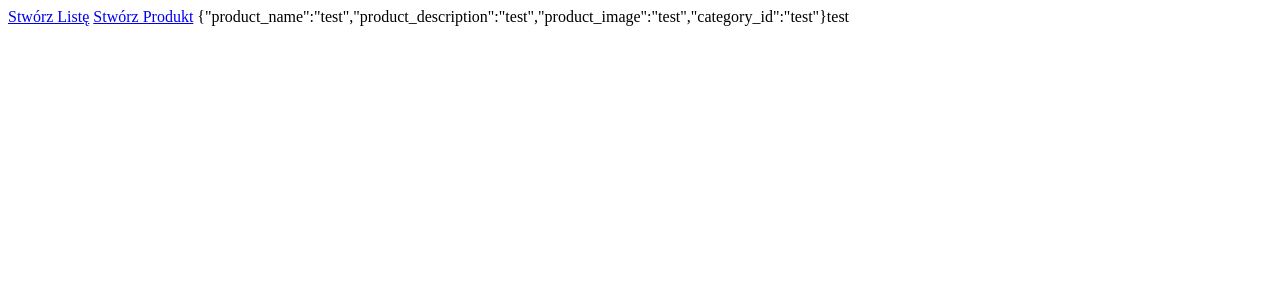
Repository: alphatra/Task-menager
Page: http://localhost/php/src/views/createProduct.php
These files come from the project's save history. The page is drawn as it stood at one moment and after the next save; the edit follows.
The browser window is 1280 px wide. The pictures show the whole page.
The page is run by PHP 8.4 with error messages shown; the project is at /var/www/html/.

Above is the page before, as saved 2023-02-05 23:12:36.

### php/src/views/createProduct.php
<!DOCTYPE html>
<html lang="en">
<head>
    <meta charset="UTF-8">
    <meta http-equiv="X-UA-Compatible" content="IE=edge">
    <meta name="viewport" content="width=device-width, initial-scale=1.0">
    <title>Document</title>
</head>
<body>
    <a href="views/createList.php">Stwórz Listę</a>
    <a href="views/createList.php">Stwórz Produkt</a>
</body>
</html>
<?php
require_once('../model/CRUD.php');
require_once('../model/product_model.php');
$db = new db();
$produkt = new productModel("test", "test", "test", "test");
echo $produkt->returnObject();
echo $db->test('test');
?>

### php/src/model/CRUD.php
<?php
class db{
    private $conn;
    public $servername;
    public $username;
    public $password;
    public $database;
    public $tablename;

    public function __construct($host="db", $database="mydb",
                                $username="root", $password="root"){
        $this->host = $host;
        $this->database = $database;
        $this->username = $username;
        $this->password = $password;

        try {
            // Tworzenie połączenia
            $this->conn = new mysqli($host, $username, $password, $database);
        } catch (Exception $e) {
            // Sprawdzanie połączenia
            die("Connection failed: " . mysqli_connect_error());

        }

        return $this->conn;
    }

    // Wyświetlanie list z bazy danych
    public function getData($tablename="list"){
        $this->tablename = $tablename;
        $query = "SELECT * FROM $this->tablename";
        $stmt = $this->conn->prepare($query);
        $stmt->execute();
        $result = $stmt->get_result();

        return json_encode($result->fetch_all(MYSQLI_ASSOC));
    }

    // Wyświetlanie list z bazy danych wraz z wyszukiwaniem
    public function searchData($tablename="", $search=""){
        $this->tablename = "list";
        $this->search = $search;
        $query = "SELECT * FROM $this->tablename WHERE name LIKE '$this->search%'";
        $result = mysqli_query($this->conn, $query);
        $result = mysqli_fetch_all($result, MYSQLI_ASSOC);

        return json_encode($result);
    }
    /*
    public function searchData($tablename="", $search=""){
        $this->tablename = "list";
        $this->search = "{$search}%";
        $query = "SELECT * FROM $this->tablename WHERE name LIKE ?";
        $stmt = $this->conn->prepare($query);
        $stmt->bind_param("s",$search);
        $stmt->execute();
        $result = $stmt->get_result();

        return json_encode($result->fetch_all(MYSQLI_ASSOC));
    }
    */

    // Dodawanie produktów do bazy danych
    public function createProduct($Data){
        $product_name = $this->product_name;
        $product_description = $this->product_description;
        $product_image = $this->product_image;
        $category_id = $this->category_id;

        $stmt = $this->conn->prepare('INSERT INTO products (product_name, product_description, product_image, category_id) VALUES (?, ?, ?, ?)');
        $stmt->bindParam(1, $product_name);
        $stmt->bindParam(2, $product_description);
        $stmt->bindParam(3, $product_image);
        $stmt->bindParam(4, $category_id);
        if ($stmt->execute()) {
            return true;
        } else {
            return false;
        }
    }
    public function test($Data){
        $this->Data = $Data;
        return $Data;
    }
}
?>

### php/src/model/product_model.php
<?php
class productModel{
    public $product_name;
    public $product_description;
    public $product_image;
    public $category_id;

    public function __construct($product_name, $product_description, $product_image, $category_id) {
        $this->product_name = $product_name;
        $this->product_description = $product_description;
        $this->product_image = $product_image;
        $this->category_id = $category_id;
    }

    public function getName() {
        return $this->product_name;
    }

    public function getDescription() {
        return $this->product_description;
    }

    public function getImage() {
        return $this->product_image;
    }

    public function getCategory() {
        return $this->category_id;
    }

    public function test() {
        $product_name = $this->getName();
        $product_description = $this->getDescription();
        $product_image = $this->getImage();
        $category_id = $this->getCategory();
        return $product_name . $product_description . $product_image . $category_id;
    }

    public function returnObject() {
        return json_encode(get_object_vars($this));
    }
    /*
    {
        id_product: ,
        product_name: 'Product 1',
        product_description: 'Description of product 1',
        product_image: 'product1.jpg'
    }
    */

}
?>

After the next save:
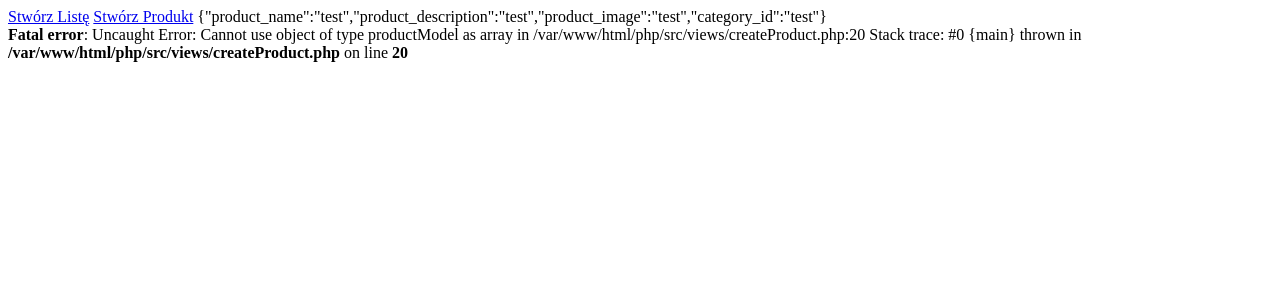
Saved 10 s later.
--- a/php/src/views/createProduct.php
+++ b/php/src/views/createProduct.php
@@ -17,5 +17,5 @@ require_once('../model/product_model.php');
 $db = new db();
 $produkt = new productModel("test", "test", "test", "test");
 echo $produkt->returnObject();
-echo $db->test('test');
+echo $db->test($produkt['product_name']);
 ?>
